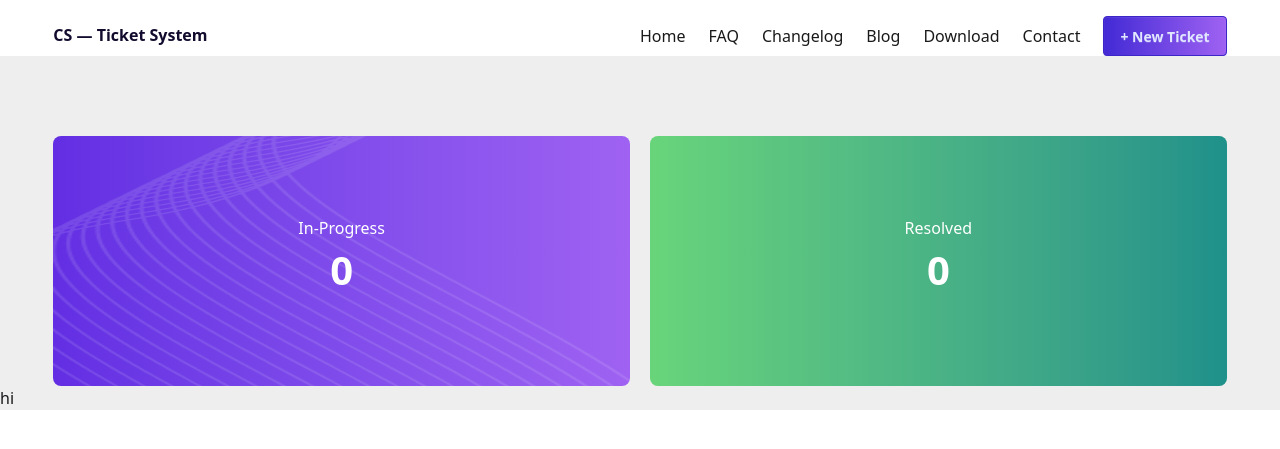
Repository: SanjidaSnigdha/Customer-Support-Zone
Page: /
The author's editor kept a copy of each file at every save. The page is drawn from the files as they stood at one save, then again after the next save.
The browser window is 1280 px wide. The pictures show the whole page.
The project was rebuilt for these pictures with package versions that can differ from the ones it lists, and the page was loaded fresh each time. Also part of the build but not shown: vite.config.js, src/App.css.

Above is the page before, as saved 2026-03-24 02:41:22.

### index.html
<!doctype html>
<html lang="en">
  <head>
    <meta charset="UTF-8" />
    <link rel="icon" type="image/svg+xml" href="/favicon.svg" />
    <meta name="viewport" content="width=device-width, initial-scale=1.0" />
    <title>customer-support-zone</title>
  </head>
  <body>
    <div id="root"></div>
    <script type="module" src="/src/main.jsx"></script>
  </body>
</html>

### src/index.css
 @import "tailwindcss";
 @plugin "daisyui" {
  themes: light --default, dark --prefersdark;
  themes: light --default;
 }

### src/App.jsx
import { useState } from 'react'
import './App.css'
import Navbar from './component/Navbar/Navbar'
import Banner from './component/Banner/Banner'
import CustomerTickets from './component/CustomerTickets/CustomerTickets'

function App() {
  const [count, setCount] = useState(0)

  return (
    <>
    <div className='flex flex-col'>
   <Navbar></Navbar>
   <div className='flex-1 bg-base-300'>
    <Banner></Banner>
    <CustomerTickets></CustomerTickets>
   </div>
   </div>

    </>
  )
}

export default App

### src/component/Navbar/Navbar.jsx
import React from 'react';

const Navbar = () => {
    return (
        <div className='flex justify-between w-11/12 mx-auto mt-4'>
            <div className='navbar-start'>
                <h1 className='w-[833px] h-[26px] font-bold text-[#130B2D]'>CS — Ticket System</h1>
            </div>
            <div className='navbar-end justify-between gap-3 text-[#000000]/90'>
                <a>Home</a>
                <a>FAQ</a>
                <a>Changelog</a>
                <a>Blog</a>
                <a>Download</a>
                <a>Contact</a>
         <button className='btn btn-primary bg-gradient-to-r from [#632EE3] to-[#9F62F2]'>+ New Ticket</button>
            </div>
        </div>
    );
};

export default Navbar;

### src/component/Banner/Banner.jsx
import React from 'react';
import vectorImg1 from '../../assets/vector1.png'
import vectorImg2 from '../../assets/vector2.png'

const Banner = () => {
    return (
        <div className='flex justify-between w-11/12 mx-auto mt-20 gap-5'>
            <div className='relative'>
             <img src={vectorImg1} alt="" className=' bg-gradient-to-r from-[#632EE3] to-[#9F62F2] w-[700px] h-[250px] rounded-[8px]'/>
             <p className='absolute text-center inset-20 text-[#FFFFFF]'>In-Progress<br /><span className='font-bold text-[#FFFFFF] text-[40px]'>
                0</span></p>

            </div>
            <div className='relative'>
      <img src={vectorImg2} alt="" className='bg-gradient-to-r from-[#54CF68] to-[#00827A] w-[700px] h-[250px] rounded-[8px]'/>
        <p className='absolute text-center inset-20 text-[#FFFFFF]'>Resolved<br /><span className='font-bold text-[#FFFFFF] text-[40px]'>
                0</span></p>

            </div>
        </div>
    );
};

export default Banner;

### src/component/CustomerTickets/CustomerTickets.jsx
import React from 'react';

const CustomerTickets = () => {
    return (
        <div>
            hi
        </div>
    );
};

export default CustomerTickets;

Loaded but not shown: src/main.jsx (common file)

After the next save:
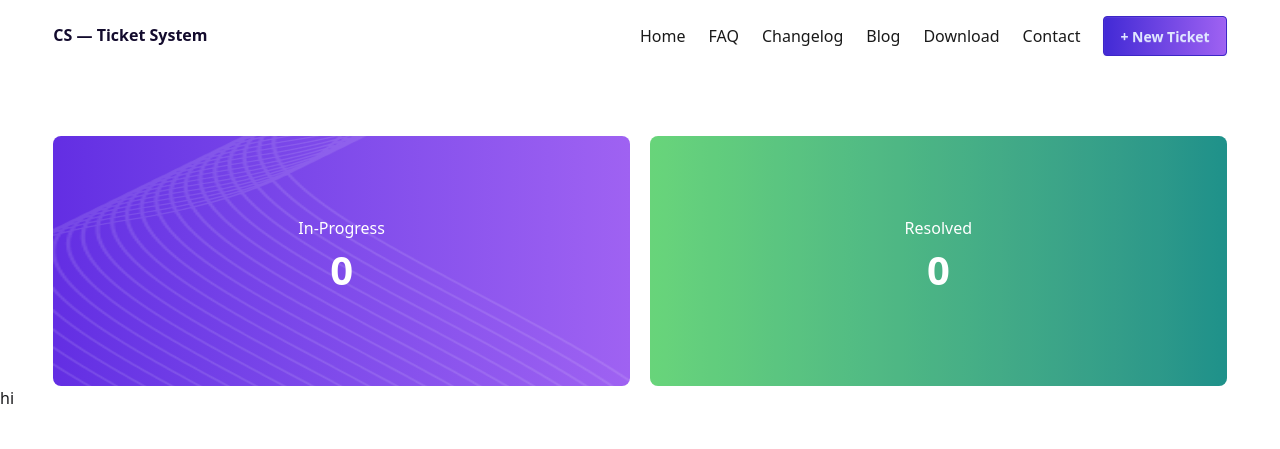
Saved 60 s later.
--- a/src/App.jsx
+++ b/src/App.jsx
@@ -11,7 +11,7 @@ function App() {
     <>
     <div className='flex flex-col'>
    <Navbar></Navbar>
-   <div className='flex-1 bg-base-300'>
+   <div className='flex-1 bg-base-100'>
     <Banner></Banner>
     <CustomerTickets></CustomerTickets>
    </div>
